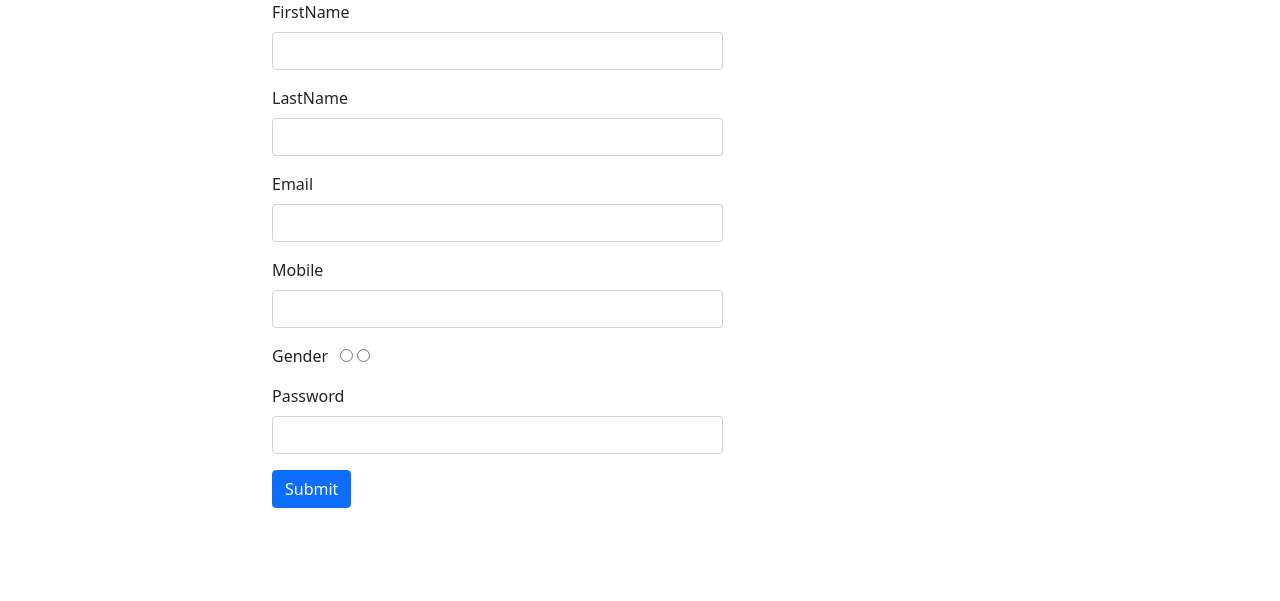
Repository: 2001Yogi/JavaWebAssignment
Page: http://localhost/StudentInformation/
An editor plug-in stored every save of this project. The page is shown before and after the next save, followed by the edit.
The browser window is 1280 px wide. The pictures show the whole page.
The page is served by Tomcat 9.

Above is the page before, as saved 2024-09-17 13:07:31.

After the next save:
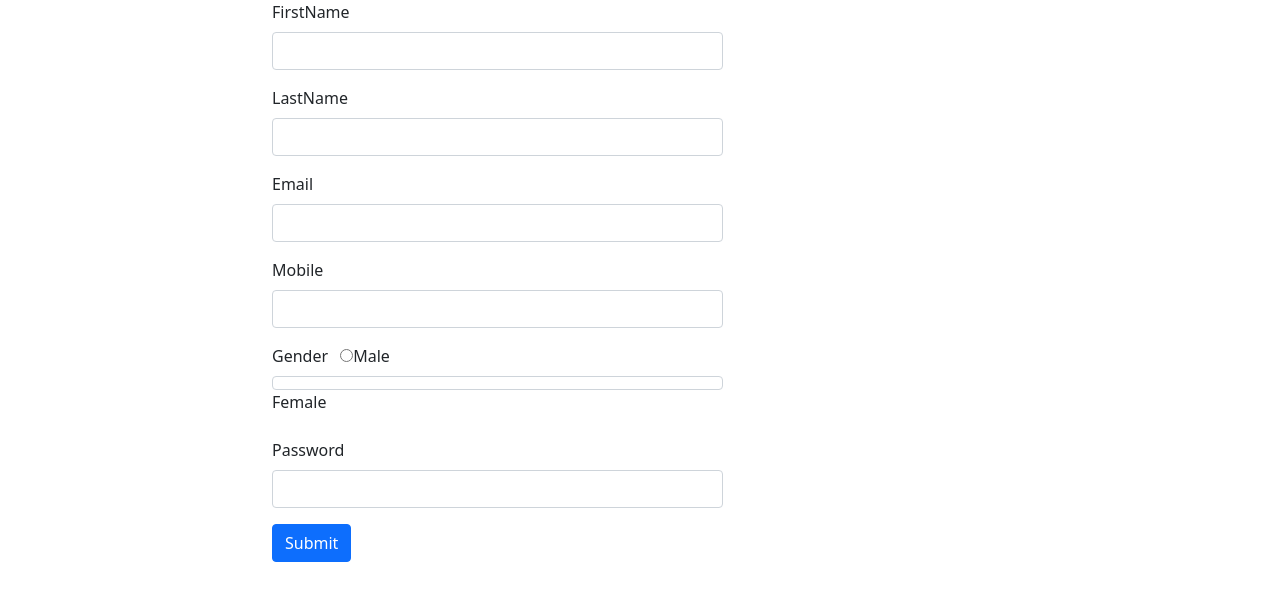
Saved 14 s later.
--- a/StudentInformation/src/main/webapp/index.jsp
+++ b/StudentInformation/src/main/webapp/index.jsp
@@ -46,9 +46,9 @@
 							<input type="number" class="form-control" name="mobile">
 					</div>
 					<div class="mb-3">
-						<label class="me-2 ">Gender</label>
-							<input type="radio"  name="gender">
-							<input type="radio" name="gender">
+						<label class="me-2">Gender</label>
+							<input type="radio"  name="gender"><label class="form-label">Male</label>
+							<input type="radio" class="form-control" name="gender"><label class="me-2 form-label">Female</label>
 					</div>
 					<div class="mb-3">
 						<label class="form-label">Password</label>
